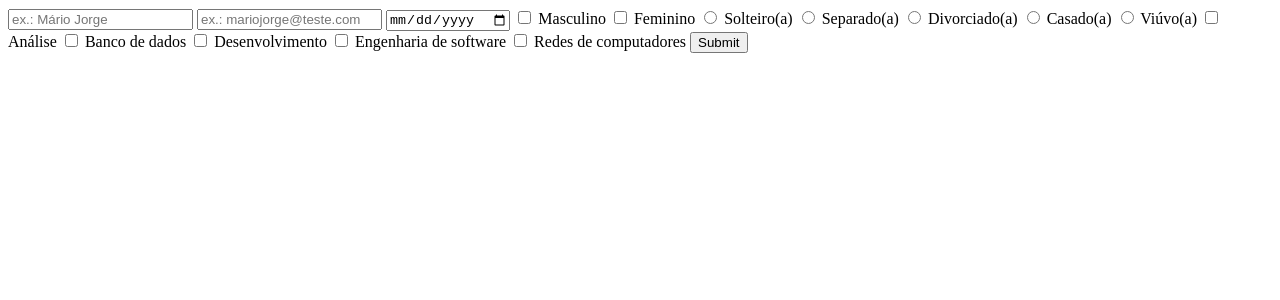
Repository: mjRibeiroTriscal/UVA_Projects
Page: Proj_A1_AVA2_2020_1/index.html
These files come from the project's save history. The page is drawn as it stood at one moment and after the next save; the edit follows.
The browser window is 1280 px wide. The pictures show the whole page.

Above is the page before, as saved 2020-03-13 10:57:50.

After the next save:
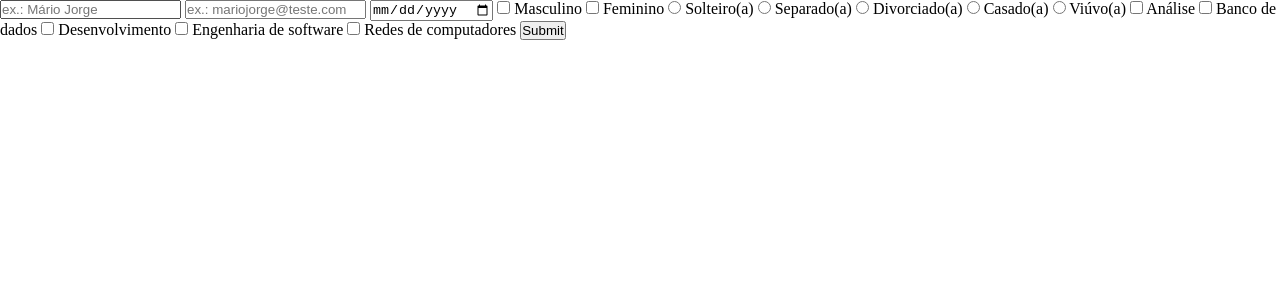
Saved 3 min 17 s later.
--- a/Proj_A1_AVA2_2020_1/style.css
+++ b/Proj_A1_AVA2_2020_1/style.css
@@ -3,3 +3,8 @@
  *   @author      Mário Jorge (mariojgmaster@yahoo.com.br)
  *   @Git         MJRibeiroTriscal (https://github.com/mjRibeiroTriscal)
  */
+
+* {
+    margin: 0px;
+    padding: 0px;
+}
